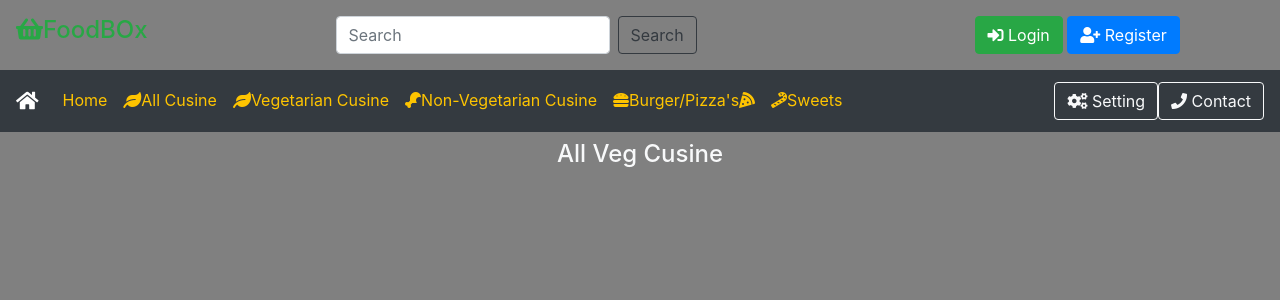
Repository: debjaniprofessional32/Capstone-Final-FoodBox-Delivery-Project
Page: http://localhost/OnlinFoodBOX/search.jsp
An editor plug-in stored every save of this project. The page is shown before and after the next save, followed by the edit.
The browser window is 1280 px wide. The pictures show the whole page.
Some web libraries are served in a nearby version. The page is served by Tomcat 9. Other server files are loaded and not shown. Queries for data that is not in the repository find no rows.

Above is the page before, as saved 2022-12-25 18:08:40.

### OnlinFoodBOX/src/main/webapp/search.jsp
<%@page import="com.uentity.User"%>
<%@ page language="java" contentType="text/html; charset=ISO-8859-1"
    pageEncoding="ISO-8859-1"%>
    <%@ page import="javax.servlet.*" %>
<%@ page import="javax.servlet.http.*" %>
<%@ page import="java.sql.*" %>
<%@ page  import="com.DB.DBConnect" %>
<%@ page import="com.uDAO.CusineDao" %>
  <%@ page import="com.uDAO.CusineImpDao" %>
  <%@ page import="com.uDAO.CartDao" %>
  <%@ page import="com.uDAO.CartImpDao" %>
   <%@ page import="com.uentity.CusineList" %>
  <%@ page import = "java.io.*" %>
 <%@ page import = "java.util.*"%>
 <%@ taglib prefix="c" uri="http://java.sun.com/jsp/jstl/core" %>
 <%@ page isELIgnored = "false" %>
<!DOCTYPE html>
<html>
<head>
<meta charset="ISO-8859-1">
<title>All Veg Cusine</title>
<%@include file="all_Component/allCss.jsp"%>
<link rel="stylesheet" href="all_Component/style.css">
<style type="text/css">
.crd-ho:hover {
	background-color: #EEFAFA;
}
/* toast */
#toast {
	min-width: 300px;
	position: fixed;
	bottom: 30px;
	left: 50%;
	margin-left: -125px;
	background: #333;
	padding: 10px;
	color: white;
	text-align: center;
	z-index: 1;
	font-size: 18px;
	visibility: hidden;
	box-shadow: 0px 0px 100px #000;
}

#toast.display {
	visibility: visible;
	animation: fadeIn 0.5, fadeOut 0.5s 2.5s;
}

@keyframes fadeIn {from { bottom:0;
	opacity: 0;
}

to {
	bottom: 30px;
	opacity: 1;
}

}
@keyframes fadeOut {form { bottom:30px;
	opacity: 1;
}

to {
	bottom: 0;
	opacity: 0;
}
}

/* toast */

</style>
</head>
<body>
<%
	User u=(User)session.getAttribute("userobj");
	%>
<c:if test="${not empty addCart}">
<div id="toast">${addCart}</div>

<script type="text/javascript">
		showToast();
		function showToast(content)
		{
		    $('#toast').addClass("display");
		    $('#toast').html(content);
		    setTimeout(()=>{
		        $("#toast").removeClass("display");
		    },2000)
		}
</script>

<c:remove var="addCart" scope="session"/>
</c:if>
<%@include file="all_Component/navbar.jsp"%>
<H4 class="text-center text-light p-2">All Veg Cusine</H4>


<div class="container-fluid">
<div class="row">

 <%                String ch1=request.getParameter("ch");
					CusineImpDao dao=new CusineImpDao(DBConnect.getConn());
					List<CusineList> list=dao.getCusinebySearch(ch1);
					for(CusineList c:list){%>

						<div class="cols-md-3 mx-5 px-4 py-4">

						<div class="card ">
							<div class="card-body text-center crd-ho">
								<img src="food/<%=c.getPhotoname() %>" alt=""
									style="width: 150px; height: 200px;" class="img-thumbnail">
								<p>Name:&nbsp;<%=c.getFname() %></p>
								<p>Cusine:&nbsp;<%=c.getDescription() %></P>
								<p>Description:&nbsp;<%=c.getCategory() %></P>
								<div class="row">
								   <% if(u==null){%>
									<a href="login.jsp" class="btn btn-success btn sm ml-1"><i class='fa fa-shopping-cart'></i></a>
								<%}else
								{%>
									<a href="cart?fid=<%=c.getFid() %>&&uid=<%=u.getId() %>" class="btn btn-success btn sm ml-1"><i class='fa fa-shopping-cart'></i></a>

								<%}
									%>

									<a	href="view.jsp?fid=<%=c.getFid()%>" class="btn btn-info btn sm ml-1">View Detail</a>
									<a	href="" class="btn btn-success btn sm ml-1"><i class="fas fa-rupee-sign">&nbsp;<%=c.getFinalprice() %></i></a>
								</div>
								</div>
							</div>
						</div>
						<%
					}

					%>



</div>

</div>





</body>
</html>

### OnlinFoodBOX/src/main/webapp/all_Component/allCss.jsp
<link rel="stylesheet"
	href="https://cdn.jsdelivr.net/npm/bootstrap@4.0.0/dist/css/bootstrap.min.css"
	integrity="sha384-Gn5384xqQ1aoWXA+058RXPxPg6fy4IWvTNh0E263XmFcJlSAwiGgFAW/dAiS6JXm"
	crossorigin="anonymous">
<script src="https://code.jquery.com/jquery-3.2.1.slim.min.js"
	integrity="sha384-KJ3o2DKtIkvYIK3UENzmM7KCkRr/rE9/Qpg6aAZGJwFDMVNA/GpGFF93hXpG5KkN"
	crossorigin="anonymous"></script>
<script
	src="https://cdn.jsdelivr.net/npm/popper.js@1.12.9/dist/umd/popper.min.js"
	integrity="sha384-ApNbgh9B+Y1QKtv3Rn7W3mgPxhU9K/ScQsAP7hUibX39j7fakFPskvXusvfa0b4Q"
	crossorigin="anonymous"></script>
<script
	src="https://cdn.jsdelivr.net/npm/bootstrap@4.0.0/dist/js/bootstrap.min.js"
	integrity="sha384-JZR6Spejh4U02d8jOt6vLEHfe/JQGiRRSQQxSfFWpi1MquVdAyjUar5+76PVCmYl"
	crossorigin="anonymous"></script>
<link rel="stylesheet"
	href="https://cdnjs.cloudflare.com/ajax/libs/font-awesome/5.15.3/css/all.min.css"
	integrity="sha512-iBBXm8fW90+nuLcSKlbmrPcLa0OT92xO1BIsZ+ywDWZCvqsWgccV3gFoRBv0z+8dLJgyAHIhR35VZc2oM/gI1w=="
	crossorigin="anonymous" referrerpolicy="no-referrer" />

### OnlinFoodBOX/src/main/webapp/all_Component/navbar.jsp
 <%@ taglib prefix="c" uri="http://java.sun.com/jsp/jstl/core" %>
 <%@ page isELIgnored = "false" %>
 <style type="text/css">
 .navbar {
     background: #000000
 }

 .nav-item::after {
     content: '';
     display: block;
     width: 0px;
     height: 2px;
     background: #fec400;
     transition: 0.4s
 }

 .nav-item:hover::after {
     width: 100%
 }

 .navbar-dark .navbar-nav .active>.nav-link,
 .navbar-dark .navbar-nav .nav-link.active,
 .navbar-dark .navbar-nav .nav-link.show,
 .navbar-dark .navbar-nav .show>.nav-link,
 .navbar-dark .navbar-nav .nav-link:focus,
 .navbar-dark .navbar-nav .nav-link:hover {
     color: #fec400
 }

 .nav-link {
     padding: 10px 5px;
     transition: 0.2s
 }

 body{
     background-color:grey;
 }
</style>
<div class="container-fluid p-3">
	<div class="row">

		<div class="col-md-3 text-success">

<h4><i class='fa fa-shopping-basket'></i>FoodBOx</h4>
		</div>

		<div class="col-md-6">
			<form class="form-inline my-2 my-lg-0" action ="search.jsp">
				<input class="form-control mr-sm-2" type="search" name="ch" placeholder="Search" aria-label="Search">
				<button class="btn btn-outline-dark my-2 my-sm-0" type="submit">Search</button>
			</form>
		</div>
		<c:if test="${not empty userobj}">
		<div class="col-md-3">
		    <a href="checkout.jsp" class="mt-6"><i class='fas fa-cart-plus fa-2x '></i></a>
			<a href="login.jsp" class="btn btn-success"><i class='fas fa-user-plus'></i>&nbsp;${userobj.name}</a>
			<a href="logout" class="btn btn-primary "><i class='fas fa-sign-in-alt'></i>&nbsp;Logout</a>
		</div>

		</c:if>
		<c:if test="${empty userobj}">
		<div class="col-md-3">
			<a href="login.jsp" class="btn btn-success"><i class='fas fa-sign-in-alt'></i>&nbsp;Login</a>
			<a href="rejister.jsp" class="btn btn-primary "><i class='fas fa-user-plus'></i>&nbsp;Register</a>
		</div>

		</c:if>

	</div>



</div>


<nav class="navbar navbar-expand-lg navbar-dark bg-dark">
  <a class="navbar-brand " href="#"><i class="fas fa-home"></i></a>
  <button class="navbar-toggler" type="button" data-toggle="collapse" data-target="#navbarSupportedContent" aria-controls="navbarSupportedContent" aria-expanded="false" aria-label="Toggle navigation">
    <span class="navbar-toggler-icon"></span>
  </button>

  <div class="collapse navbar-collapse" id="navbarSupportedContent">
    <ul class="navbar-nav mr-auto">
      <li class="nav-item active "><a class="nav-link " href="index.jsp">Home <span class="sr-only">(current)</span></a></li>
      <li class="nav-item active"><a class="nav-link" href="all_veg.jsp"><i class="fa fa-leaf"></i>All Cusine</a></li>
      <li class="nav-item active"><a class="nav-link" href="all_veg1.jsp"><i class="fa fa-leaf"></i>Vegetarian Cusine</a></li>
      <li class="nav-item active"><a class="nav-link " href="all_nonveg.jsp"><i class='fas fa-drumstick-bite'></i>Non-Vegetarian Cusine</a></li>
      <li class="nav-item active"><a class="nav-link " href="all_Bpizza.jsp"><i class='fas fa-hamburger'></i>Burger/Pizza's<i class='fas fa-pizza-slice'></i></a></li>
      <li class="nav-item active"><a class="nav-link " href="all_sweet.jsp"><i class='fas fa-candy-cane'></i>Sweets</a></li>
    </ul>
    <form class="form-inline my-2 my-lg-0">
     <a class="btn btn-outline-light my-2 my-sm-0" href="setting.jsp" class="outline-light"><i class='fa fa-cogs '></i>&nbsp;Setting</a>
      <a class="btn btn-outline-light my-2 my-sm-0" href="helpcenter.jsp" class="outline-light"><i class='fa fa-phone '></i>&nbsp;Contact</a>

    </form>
  </div>
</nav>

### OnlinFoodBOX/src/main/java/com/uDAO/CusineDao.java
package com.uDAO;

import java.util.List;

import com.uentity.CusineList;

public interface CusineDao {
public boolean addCusine(CusineList cl);
public List<CusineList> getallCusine();
public CusineList getCusineByID(int fid);
 public boolean updateEdit(CusineList c);
 public boolean deleteservlet(int id);
 public List<CusineList> getVegItem();
 public List<CusineList> getNon_VegItem();
 public List<CusineList> getSweetItem();
 public List<CusineList> getBurgerPizza();
 public List<CusineList> getAllVegItem();
 public List<CusineList> getAllNon_VegItem();
 public List<CusineList> getAllSweetItem();
 public List<CusineList> getAllBurgerPizza();
 public List<CusineList> getCusinebySearch(String Ch);
}

### OnlinFoodBOX/src/main/java/com/uDAO/CusineImpDao.java
package com.uDAO;

import java.sql.Connection;
import java.sql.PreparedStatement;
import java.sql.ResultSet;
import java.util.ArrayList;
import java.util.List;

import com.uentity.CusineList;

public class CusineImpDao implements CusineDao{


	private Connection conn;

	public CusineImpDao(Connection conn) {
		super();
		this.conn = conn;
	}


	public boolean addCusine(CusineList cl) {
		boolean f=false;
		try
		{
			String sql="insert into list(name,description,price,category,status,photo,email,discountpercent) values(?,?,?,?,?,?,?,?)";
			PreparedStatement ps=conn.prepareStatement(sql);
			ps.setString(1, cl.getFname());
			ps.setString(2, cl.getDescription());
			ps.setString(3, cl.getPrice());
			ps.setString(4, cl.getCategory());
			ps.setString(5, cl.getStatus());
			ps.setString(6, cl.getPhotoname());
			ps.setString(7, cl.getEmail());
			ps.setString(8, cl.getDiscountpercent());

			int row=ps.executeUpdate();
			if(row==1) {
				f=true;
			}
		}
		catch(Exception e)
		{
			e.printStackTrace();


	}
		return f;
}


	public List<CusineList> getallCusine() {
		List<CusineList> list=new ArrayList<CusineList>();
		CusineList cl1=null;
		try {

			String sql="select * from list";
			PreparedStatement ps=conn.prepareStatement(sql);
			ResultSet rs=ps.executeQuery();
			while(rs.next()) {

				cl1=new CusineList();
				cl1.setFid(rs.getInt(1));
				cl1.setFname(rs.getString(2));
				cl1.setDescription(rs.getString(3));
				cl1.setPrice(rs.getString(4));
				cl1.setCategory(rs.getString(5));
				cl1.setStatus(rs.getString(6));
				cl1.setPhotoname(rs.getString(7));
				cl1.setEmail(rs.getString(8));
				cl1.setDiscountpercent(rs.getString(9));
				cl1.setDiscountamount(rs.getString(10));
			     cl1.setFinalprice(rs.getString(11));//
	                     list.add(cl1);

			}
		}
		catch(Exception e)
		{
			e.printStackTrace();
			}
		return list;
	}



	public CusineList getCusineByID(int fid) {
		CusineList c=null;
		try {
			String sql="select * from list where fid=?";
			PreparedStatement ps=conn.prepareStatement(sql);
			ps.setInt(1,fid);
			ResultSet rs=ps.executeQuery();
			while(rs.next()) {


			c=new CusineList();
			c.setFid(rs.getInt(1));
			c.setFname(rs.getString(2));
			c.setDescription(rs.getString(3));
			c.setPrice(rs.getString(4));
			c.setCategory(rs.getString(5));
			c.setStatus(rs.getString(6));
			c.setPhotoname(rs.getString(7));
			c.setEmail(rs.getString(8));
			c.setDiscountpercent(rs.getString(9));
			c.setDiscountamount(rs.getString(10));
		     c.setFinalprice(rs.getString(11));//
		}}
		catch(Exception e)
		{  e.printStackTrace();}
		return c;
	}



	public boolean updateEdit(CusineList c) {
		boolean f=false;
		try {
			String sql="UPDATE list SET name=?,description=?,price = ?,discountpercent=?,status=?,category=? WHERE fid=? ";
			PreparedStatement ps=conn.prepareStatement(sql);
			ps.setString(1,c.getFname());
			ps.setString(2,c.getDescription());
			ps.setString(3,c.getPrice());
			ps.setString(4, c.getDiscountpercent());
			ps.setString(5,c.getStatus());
			ps.setString(6, c.getCategory());
			ps.setInt(7, c.getFid());

			int row=ps.executeUpdate();
			if(row==1)
			{
				f=true;
				}
		}

		catch(Exception e) {
			e.printStackTrace();
		}
		return f;
	}



	public boolean deleteservlet(int id) {
		boolean f=false;
		try {

			String sql="delete from list where fid=?";
			PreparedStatement ps=conn.prepareStatement(sql);
			ps.setInt(1,id);
			int r=ps.executeUpdate();
			if(r==1) {
				f=true;
			}
		}
		catch(Exception e)
		{

			e.printStackTrace();
		}


		return f;
	}



	public List<CusineList> getVegItem() {
		List<CusineList> list=new ArrayList<CusineList>();
		CusineList c=null;
		try {
			String sql="Select * from list where category=? and status=? order by fid desc";
			PreparedStatement ps=conn.prepareStatement(sql);
			ps.setString(1, "Veg");
			ps.setString(2, "Active");
			ResultSet rs=ps.executeQuery();
			int i=1;
			while(rs.next() && i<=4) {
				c= new CusineList();
				c.setFid(rs.getInt(1));
				c.setFname(rs.getString(2));
				c.setDescription(rs.getString(3));
				c.setPrice(rs.getString(4));
				c.setCategory(rs.getString(5));
				c.setStatus(rs.getString(6));
				c.setPhotoname(rs.getString(7));
				c.setEmail(rs.getString(8));
				c.setDiscountpercent(rs.getString(9));
				c.setDiscountamount(rs.getString(10));
			     c.setFinalprice(rs.getString(11));//
				list.add(c);
				i++;

			}
		}
		catch(Exception e)
		{
			e.printStackTrace();
		}

		return list;
	}



	public List<CusineList> getNon_VegItem() {
		List<CusineList> list=new ArrayList<CusineList>();
		CusineList c=null;
		try {
			String sql="Select * from list where category=? and status=? order by fid desc";
			PreparedStatement ps=conn.prepareStatement(sql);
			ps.setString(1, "Non-Veg");
			ps.setString(2, "Active");
			ResultSet rs=ps.executeQuery();
			int i=1;
			while(rs.next() && i<=4) {
				c= new CusineList();
				c.setFid(rs.getInt(1));
				c.setFname(rs.getString(2));
				c.setDescription(rs.getString(3));
				c.setPrice(rs.getString(4));
				c.setCategory(rs.getString(5));
				c.setStatus(rs.getString(6));
				c.setPhotoname(rs.getString(7));
				c.setEmail(rs.getString(8));
				c.setDiscountpercent(rs.getString(9));
				c.setDiscountamount(rs.getString(10));
			     c.setFinalprice(rs.getString(11));//
				list.add(c);
				i++;

			}
		}
		catch(Exception e)
		{
			e.printStackTrace();
		}

		return list;
	}



	public List<CusineList> getSweetItem() {
		List<CusineList> list=new ArrayList<CusineList>();
		CusineList c=null;
		try {
			String sql="Select * from list where category=? and status=? order by fid desc";
			PreparedStatement ps=conn.prepareStatement(sql);
			ps.setString(1, "Sweet");
			ps.setString(2, "Active");
			ResultSet rs=ps.executeQuery();
			int i=1;
			while(rs.next() && i<=4) {
				c= new CusineList();
				c.setFid(rs.getInt(1));
				c.setFname(rs.getString(2));
				c.setDescription(rs.getString(3));
				c.setPrice(rs.getString(4));
				c.setCategory(rs.getString(5));
				c.setStatus(rs.getString(6));
				c.setPhotoname(rs.getString(7));
				c.setEmail(rs.getString(8));
				c.setDiscountpercent(rs.getString(9));
				c.setDiscountamount(rs.getString(10));
			     c.setFinalprice(rs.getString(11));//
				list.add(c);
				i++;

			}
		}
		catch(Exception e)
		{
			e.printStackTrace();
		}

		return list;
	}



	public List<CusineList> getBurgerPizza() {
		List<CusineList> list=new ArrayList<CusineList>();
		CusineList c=null;
		try {
			String sql="Select * from list where category=? and status=? order by fid desc";
			PreparedStatement ps=conn.prepareStatement(sql);
			ps.setString(1, "Burgur/pizza");
			ps.setString(2, "Active");
			ResultSet rs=ps.executeQuery();
			int i=1;
			while(rs.next() && i<=4) {
				c= new CusineList();
				c.setFid(rs.getInt(1));
				c.setFname(rs.getString(2));
				c.setDescription(rs.getString(3));
				c.setPrice(rs.getString(4));
				c.setCategory(rs.getString(5));
				c.setStatus(rs.getString(6));
				c.setPhotoname(rs.getString(7));
				c.setEmail(rs.getString(8));
				c.setDiscountpercent(rs.getString(9));//
				c.setDiscountamount(rs.getString(10));
			     c.setFinalprice(rs.getString(11));//
				list.add(c);
				i++;

			}
		}
		catch(Exception e)
		{
			e.printStackTrace();
		}

		return list;
	}



	public List<CusineList> getAllVegItem() {
		List<CusineList> list=new ArrayList<CusineList>();
		CusineList c=null;
		try {
			String sql="Select * from list where category=? and status=? order by fid desc";
			PreparedStatement ps=conn.prepareStatement(sql);
			ps.setString(1, "Veg");
			ps.setString(2, "Active");
			ResultSet rs=ps.executeQuery();

			while(rs.next()) {
				c= new CusineList();
				c.setFid(rs.getInt(1));
				c.setFname(rs.getString(2));
				c.setDescription(rs.getString(3));
				c.setPrice(rs.getString(4));
				c.setCategory(rs.getString(5));
				c.setStatus(rs.getString(6));
				c.setPhotoname(rs.getString(7));
				c.setEmail(rs.getString(8));
				c.setDiscountpercent(rs.getString(9));
				c.setDiscountamount(rs.getString(10));
			     c.setFinalprice(rs.getString(11));
				list.add(c);


			}
		}
		catch(Exception e)
		{
			e.printStackTrace();
		}

		return list;
	}



	public List<CusineList> getAllNon_VegItem() {
		List<CusineList> list=new ArrayList<CusineList>();
		CusineList c=null;
		try {
			String sql="Select * from list where category=? and status=? order by fid desc";
			PreparedStatement ps=conn.prepareStatement(sql);
			ps.setString(1, "Non-Veg");
			ps.setString(2, "Active");
			ResultSet rs=ps.executeQuery();

			while(rs.next()) {
				c= new CusineList();
				c.setFid(rs.getInt(1));
				c.setFname(rs.getString(2));
				c.setDescription(rs.getString(3));
				c.setPrice(rs.getString(4));
				c.setCategory(rs.getString(5));
				c.setStatus(rs.getString(6));
				c.setPhotoname(rs.getString(7));
				c.setEmail(rs.getString(8));
				c.setDiscountpercent(rs.getString(9));
				c.setDiscountamount(rs.getString(10));
			     c.setFinalprice(rs.getString(11));
				list.add(c);


			}
		}
		catch(Exception e)
		{
			e.printStackTrace();
		}

		return list;
	}



	public List<CusineList> getAllSweetItem() {
		List<CusineList> list=new ArrayList<CusineList>();
		CusineList c=null;
		try {
			String sql="Select * from list where category=? and status=? order by fid desc";
			PreparedStatement ps=conn.prepareStatement(sql);
			ps.setString(1, "Sweet");
			ps.setString(2, "Active");
			ResultSet rs=ps.executeQuery();

			while(rs.next()) {
				c= new CusineList();
				c.setFid(rs.getInt(1));
				c.setFname(rs.getString(2));
				c.setDescription(rs.getString(3));
				c.setPrice(rs.getString(4));
				c.setCategory(rs.getString(5));
				c.setStatus(rs.getString(6));
				c.setPhotoname(rs.getString(7));
				c.setEmail(rs.getString(8));
				c.setDiscountpercent(rs.getString(9));//
				c.setDiscountamount(rs.getString(10));
			     c.setFinalprice(rs.getString(11));//
				list.add(c);


			}
		}
		catch(Exception e)
		{
			e.printStackTrace();
		}

		return list;
	}



	public List<CusineList> getAllBurgerPizza() {
		List<CusineList> list=new ArrayList<CusineList>();
		CusineList c=null;
		try {
			String sql="Select * from list where category=? and status=? order by fid desc";
			PreparedStatement ps=conn.prepareStatement(sql);
			ps.setString(1, "Burgur/pizza");
			ps.setString(2, "Active");
			ResultSet rs=ps.executeQuery();

			while(rs.next()) {
				c= new CusineList();
				c.setFid(rs.getInt(1));
				c.setFname(rs.getString(2));
				c.setDescription(rs.getString(3));
				c.setPrice(rs.getString(4));
				c.setCategory(rs.getString(5));
				c.setStatus(rs.getString(6));
				c.setPhotoname(rs.getString(7));
				c.setEmail(rs.getString(8));
				c.setDiscountpercent(rs.getString(9));//
				c.setDiscountamount(rs.getString(10));
			    c.setFinalprice(rs.getString(11));//
				list.add(c);


			}
		}
		catch(Exception e)
		{
			e.printStackTrace();
		}

		return list;
	}


	@Override
	public List<CusineList> getCusinebySearch(String Ch) {
		List<CusineList> list= new ArrayList<CusineList>();
		CusineList c=null;
		try {
		String sql="select * from list where name like ? or description like ? or category like ? and status=?";
		PreparedStatement ps=conn.prepareStatement(sql);
		ps.setString(1,"%"+ Ch+"%");
		ps.setString(2,"%"+ Ch+"%");
		ps.setString(3,"%"+ Ch+"%");
		ps.setString(4,"Active");
		ResultSet rs=ps.executeQuery();

		while(rs.next()) {
			c= new CusineList();
			c.setFid(rs.getInt(1));
			c.setFname(rs.getString(2));
			c.setDescription(rs.getString(3));
			c.setPrice(rs.getString(4));
			c.setCategory(rs.getString(5));
			c.setStatus(rs.getString(6));
			c.setPhotoname(rs.getString(7));
			c.setEmail(rs.getString(8));
			c.setDiscountpercent(rs.getString(9));//
			c.setDiscountamount(rs.getString(10));
		    c.setFinalprice(rs.getString(11));
		    list.add(c);
		}
		}
		catch(Exception e)
		{
			e.printStackTrace();

		}

		return list;
	}








}

### OnlinFoodBOX/src/main/java/com/DB/DBConnect.java
package com.DB;

import java.sql.Connection;
import java.sql.DriverManager;

public class DBConnect {
	private static Connection conn;
	public static Connection getConn() {

		try {

			Class.forName("com.mysql.cj.jdbc.Driver");
			conn=DriverManager.getConnection("jdbc:mysql://localhost:3306/ofshop", "root", "1234");
		}
		catch(Exception e) {
			e.printStackTrace();
		}


		return conn;

	}
}

### OnlinFoodBOX/src/main/webapp/all_Component/style.css
 .navbar-nav active .nav-link:hover {

    background-color:#b2ff59;
    text-color:#000000;
    border-radius:10px;
}
.navbar-item:hover {


    text-color:#000000;

}

.carousel {
  width:auto;
  height:400px;
}

After the next save:
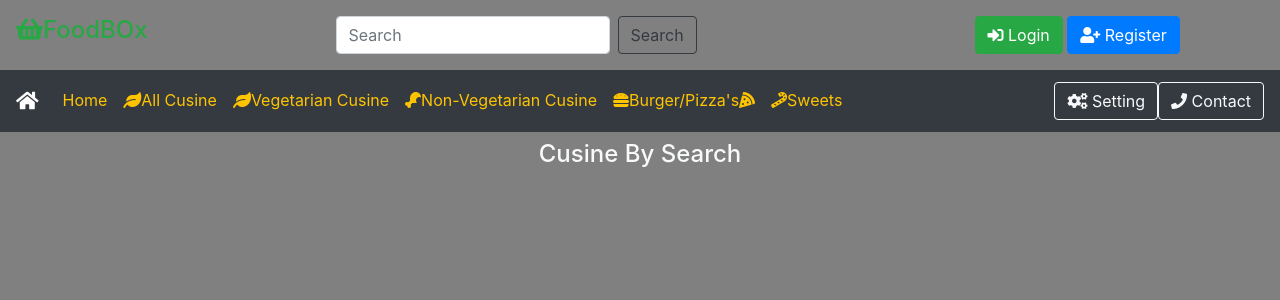
Saved 2 min 49 s later.
--- a/OnlinFoodBOX/src/main/webapp/search.jsp
+++ b/OnlinFoodBOX/src/main/webapp/search.jsp
@@ -93,7 +93,7 @@ to {
 <c:remove var="addCart" scope="session"/>
 </c:if>
 <%@include file="all_Component/navbar.jsp"%>
-<H4 class="text-center text-light p-2">All Veg Cusine</H4>
+<H4 class="text-center text-light p-2">Cusine By Search</H4>
 
 
 <div class="container-fluid">
